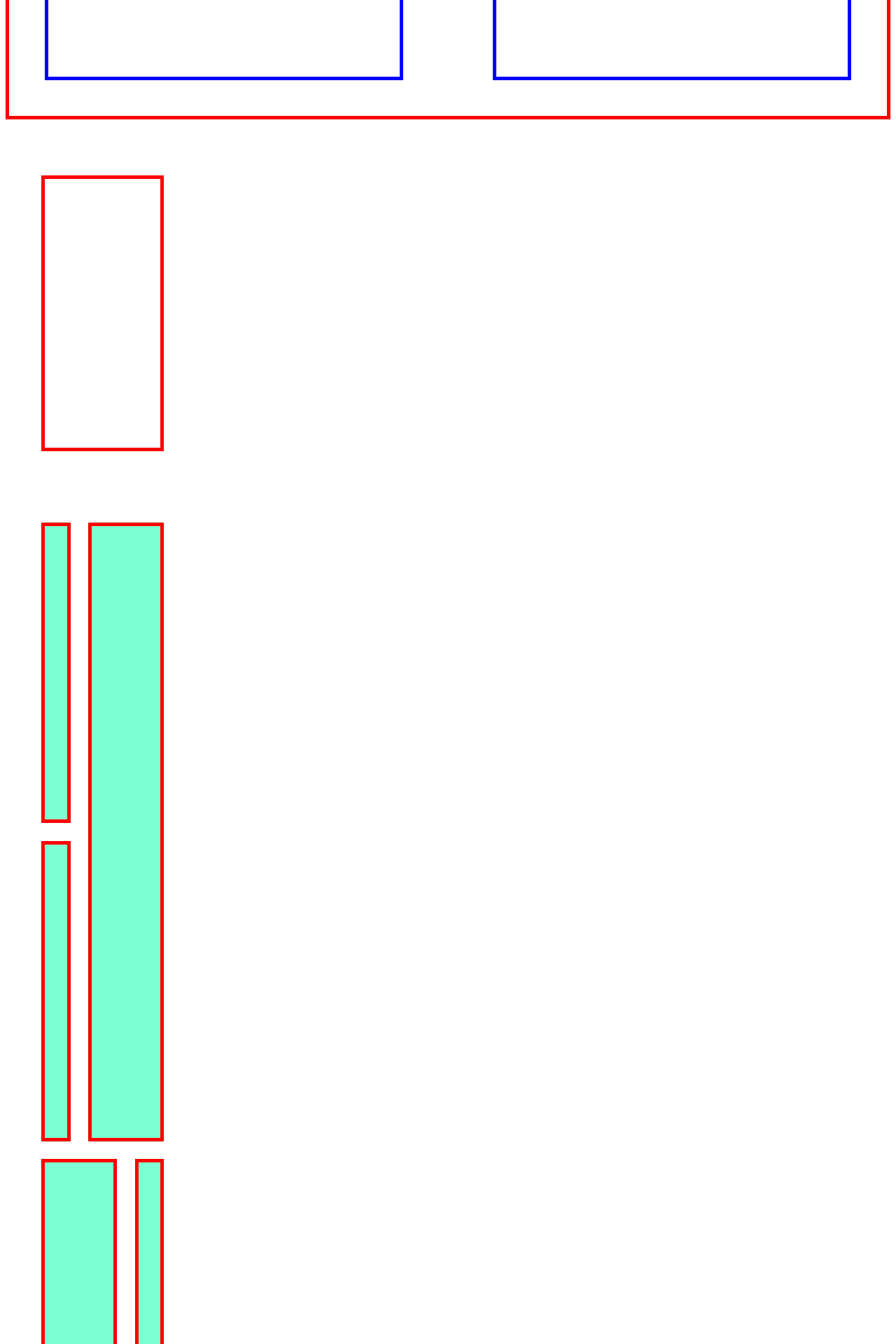
Repository: BwesewB/Brutalist-Website
Page: /
An editor plug-in stored every save of this project. The page is shown before and after the next save, followed by the edit.
The browser window is 1280 px wide. The pictures show the part of the page from y = 872 to 2792 px (the page is 3488 px tall before and 2991 px after), at 70% of full size.
The project was rebuilt for these pictures with package versions that can differ from the ones it lists, and the page was loaded fresh each time. The framework's server and built-in components were replaced by stand-ins that run in the browser. Also part of the build but not shown: next.config.mjs.

Above is the page before, as saved 2024-02-03 21:15:38.

### pages/index.js
import Head from "next/head";
import Image from "next/image";
import styles from "@/styles/Home.module.css";
import { useState } from "react";
import CoverPage from "@/components/CoverPage";
import BottomDisplay from "@/components/BottomDisplay";

export default function Home() {

  const[input,setInput] = useState();


  const classFilters = {
    1: 'Magician',
    2: 'Theif',
    4: 'Warrior',
    8: 'Bowman',
    16: 'Pirate',
    32: 'Nothing'
  }

const getClassStyle = flagValue => (input & flagValue) > 0 ? { backgroundColor: 'yellow'} : null;

  return (
    <>
      <Head>
        <title>Brutalism</title>
        <meta name="description" content="Brutalist Website" />
        <meta name="viewport" content="width=device-width, initial-scale=1" />
        <link rel="icon" href="/favicon.ico" />
      </Head>
      <main className={`${styles.main}`}>
        <div className={styles.titlePage}>
          <div className={styles.graphic}></div>
          <div className={styles.displayPanel}></div>
        </div>
        <div className={styles.bottomDisplay}>
          <BottomDisplay/>
        </div>
      </main>
      <footer>
        Footer Area
      </footer>
    </>
  );
}

{/* <div class="inputArea">
<input
id="input"
type="text"
placeholder="bitmask decimal value"
value={input}
onChange={event => setInput(event.target.value)}
/>
</div>
<div class="posterArea" >                                                             need to change to posters
<table>
  <tbody>
    {
      Object.keys(classFilters).map(item => (
        <tr key={item} style={getClassStyle(item)}>
          <td>{item}</td>
          <td>{classFilters[item]}</td>
        </tr>
      ))
    }
  </tbody>
</table>
</div> */}

### styles/globals.css
:root{

}

### styles/Home.module.css
.main {
  display:grid;
  grid-template-columns: repeat(4, 1fr);
  gap:4vh;
  box-sizing: border-box;
}

/* <div class="titlePage">
<div class="graphic"></div>
<div class="inputArea"></div>
</div>
<div class="displayArea">
<div class="posterOne"></div>
<div class="posterTwo"></div>
<div class="posterThree"></div>
<div class="posterFour"></div>
<div class="posterFive"></div>
<div class="posterSix"></div>
</div> */

.titlePage{
  height:80vw;
  grid-column: 1/5;
  border: 5px solid red;
/*---------------------------------------------------------------------------------------------------------*/
  display:grid;
  grid-template-columns: repeat(2, 1fr);
  gap:2vw;
}

.graphic, .displayPanel{
  border: 5px solid blue;
  margin:4vw;
}

.graphic{
  grid-column: 1/2;
}

.displayPanel{
  grid-column: 2/3;
  grid-template-columns: repeat(2, 1fr);
}


/*---------------------------------------------------------------------------------------------------------*/

.bottomDisplay{
  grid-column: 1/5;
  display:grid;
  grid-template-columns: repeat(4, 1fr);
  gap:4vw;
}

### components/CoverPage/index.js
export default function CoverPage() {

}

### components/BottomDisplay/index.js
import styles from './BottomDisplay.module.css'
export default function BottomDisplay() {

    return(
        <div>
            <div className={styles.inputArea}></div>
            <div className={styles.bottomWidthSpan}>
                <div className={styles.displayArea}>
                    <div className={styles.posterOne}></div>
                    <div className={styles.posterTwo}></div>
                    <div className={styles.posterThree}></div>
                    <div className={styles.posterFour}></div>
                    <div className={styles.posterFive}></div>
                    <div className={styles.posterSix}></div>
                </div>
            </div>
        </div>

    )

}

### components/BottomDisplay/BottomDisplay.module.css
.inputArea{
    border: 5px solid red;
    margin:4vw;
    grid-column: 4/5;
    grid-row:1/2;
    height:30vw;
}

.displayArea {
    display: grid;
    grid-template-columns: repeat(3, 1fr);
    grid-template-rows: repeat(4, 1fr);
    gap: 2vw;
    height:140vw;
    padding: 4vw;
  }

.posterOne,
.posterTwo,
.posterThree,
.posterFour,
.posterFive,
.posterSix {
    background-color: aquamarine;
    border: 5px solid red;
}

.posterTwo{
    grid-column: 2/4;
    grid-row: 1/3;
}

.posterFour{
    grid-column: 1/3;
    grid-row: 3/5;
}

.bottomWidthSpan {
    grid-column: 1/4;
}

Loaded but not shown: pages/_app.js (common file); pages/_document.js (common file)

After the next save:
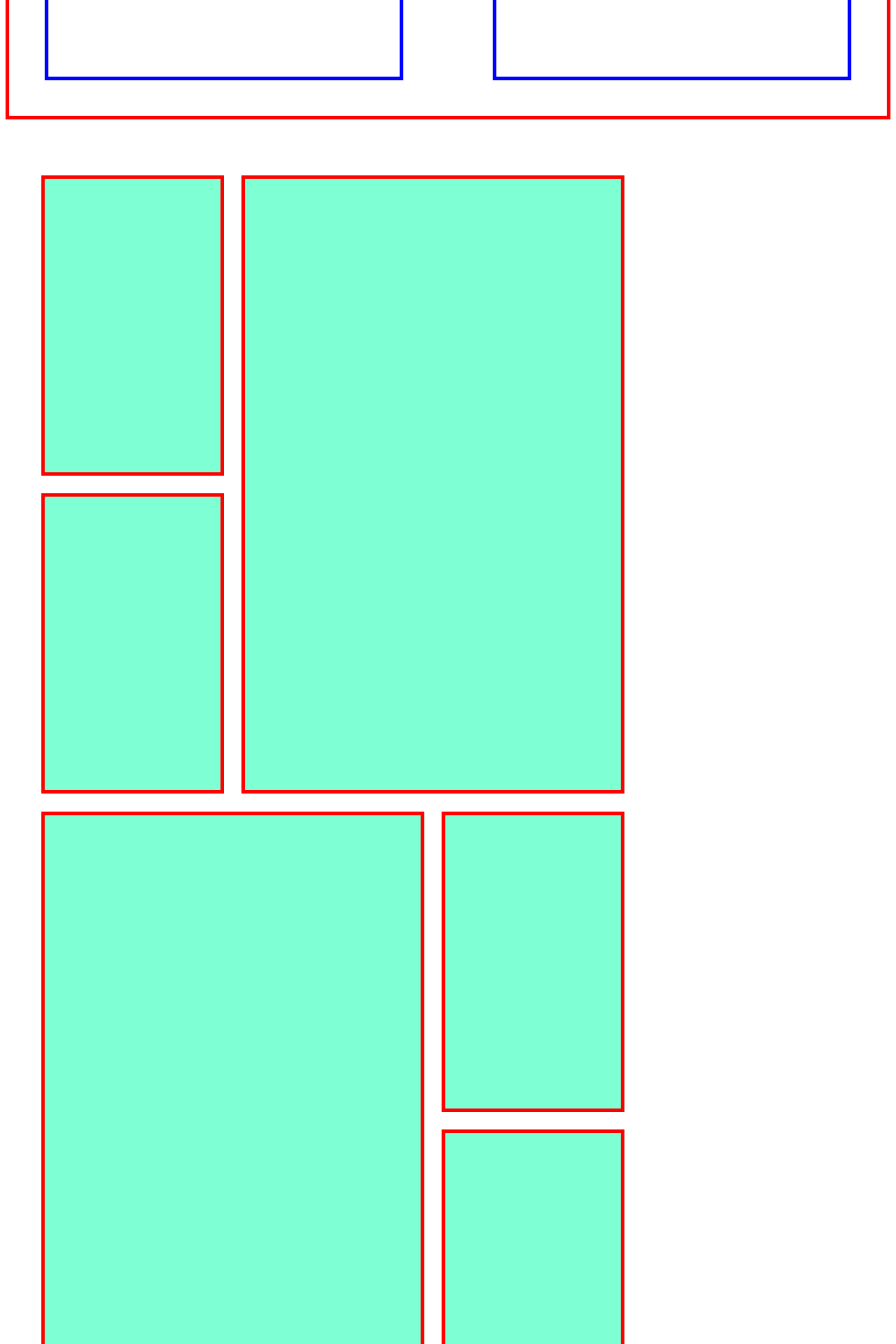
Saved 33 s later.
--- a/components/BottomDisplay/index.js
+++ b/components/BottomDisplay/index.js
@@ -2,20 +2,16 @@ import styles from './BottomDisplay.module.css'
 export default function BottomDisplay() {
 
     return(
-        <div>
-            <div className={styles.inputArea}></div>
-            <div className={styles.bottomWidthSpan}>
-                <div className={styles.displayArea}>
-                    <div className={styles.posterOne}></div>
-                    <div className={styles.posterTwo}></div>
-                    <div className={styles.posterThree}></div>
-                    <div className={styles.posterFour}></div>
-                    <div className={styles.posterFive}></div>
-                    <div className={styles.posterSix}></div>
-                </div>
+        <div className={styles.bottomWidthSpan}>
+            <div className={styles.displayArea}>
+                <div className={styles.posterOne}></div>
+                <div className={styles.posterTwo}></div>
+                <div className={styles.posterThree}></div>
+                <div className={styles.posterFour}></div>
+                <div className={styles.posterFive}></div>
+                <div className={styles.posterSix}></div>
             </div>
         </div>
-
     )
 
 }
